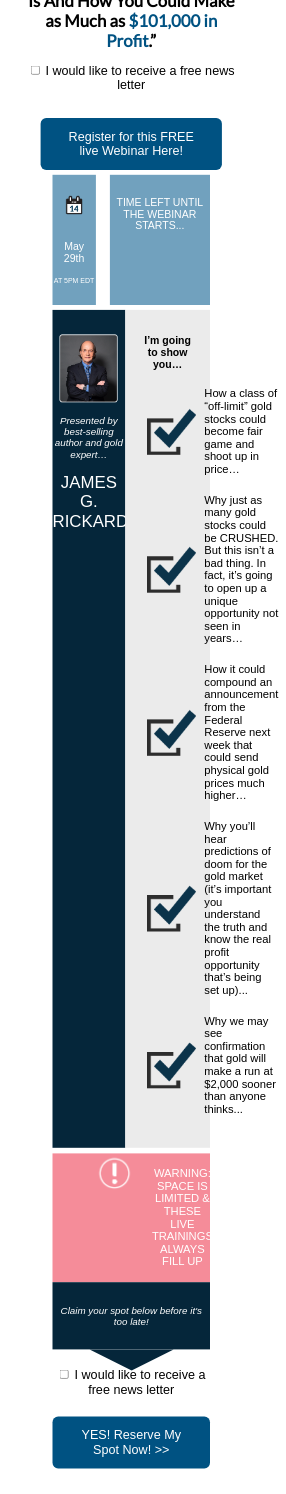
Repository: KrystellBarraza/Test
Page: index.html
An editor plug-in stored every save of this project. The page is shown before and after the next save, followed by the edit.
The browser window is 375 px wide. The page is 409 px wide, so the pictures cover 409 px, including what lies to the right of the window. The pictures show the part of the page from y = 424 to 2664 px (the page is 2558 px tall before and 2710 px after), at 70% of full size.

Above is the page before, as saved 2019-10-07 10:44:59.

After the next save:
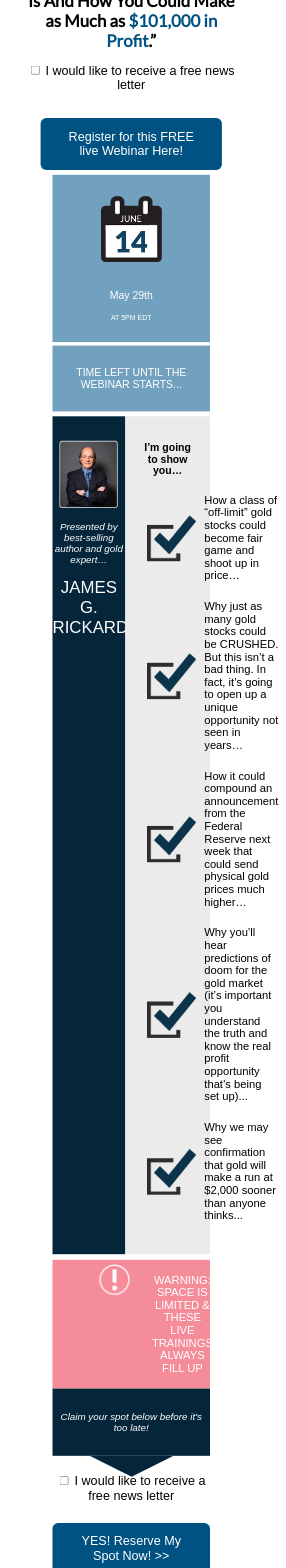
Saved 5 min 41 s later.
--- a/style.css
+++ b/style.css
@@ -149,6 +149,30 @@
     text-align: center;
 }
 
+@media screen and (max-width: 415px) {
+    .container-middle {
+        display: grid;
+        grid-template-columns: repeat(12, 1fr);
+        grid-template-rows: auto 1fr 1fr;
+        grid-gap: 5px;
+        grid-column-gap: 20px;
+        padding-left: 20%;
+        padding-right: 20%;
+        padding-top: 2%;
+        grid-template-areas:
+        "l l l l l l l l l l l l"
+        "l l l l l l l l l l l l"
+        "l l l l l l l l l l l l"
+        "l l l l l l l l l l l l"
+        "l l l l l l l l l l l l"
+        "r r r r r r r r r r r r"
+        "r r r r r r r r r r r r"
+        "r r r r r r r r r r r r"
+        "r r r r r r r r r r r r"
+        "r r r r r r r r r r r r";
+    }
+}
+
 /* Container - Bottom */
 
 .container-bottom {
